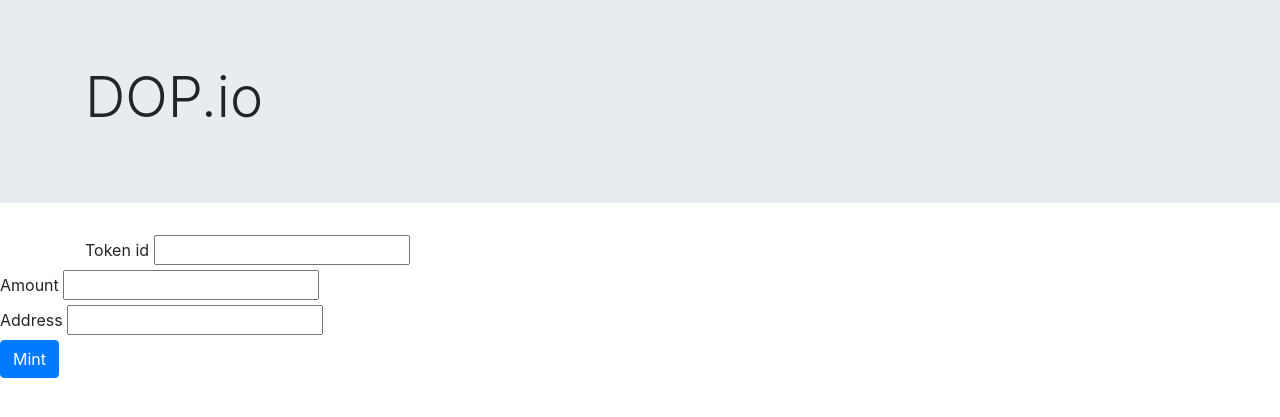
Repository: Dop-io/dopio
Page: mint.html
These files come from the project's save history. The page is drawn as it stood at one moment and after the next save; the edit follows.
The browser window is 1280 px wide. The pictures show the whole page.

Above is the page before, as saved 2022-01-16 01:43:23.

After the next save:
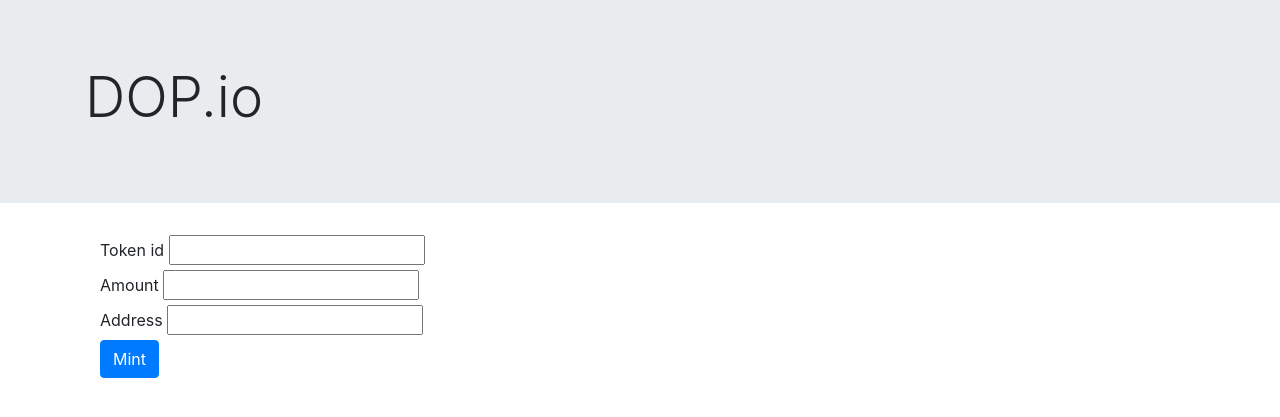
Saved 43 s later.
--- a/mint.html
+++ b/mint.html
@@ -26,24 +26,26 @@
     </div>
     <div class="container">
         <div class="row" id="app"></div>
-        <div class="col col-md-12"></div>
+        <div class="col col-md-12">
+            <div>
+                <label>Token id</label>
+                <input id="token_id_input" type="number">
+            </div>
+            <div>
+                <label>Amount</label>
+                <input id="amount_id_input" type="number">
+            </div>
+            <div>
+                <label>Address</label>
+                <input id="address_id_input" type="text">
+            </div>
+            <div>
+                <button class="btn btn-primary" id="submit_mint">Mint</button>
+            </div>
 
-        <label>Token id</label>
-        <input id="token_id_input" type="number">
-    </div>
-    <div>
-        <label>Amount</label>
-        <input id="amount_id_input" type="number">
-    </div>
-    <div>
-        <label>Address</label>
-        <input id="address_id_input" type="text">
-    </div>
-    <div>
-        <button class="btn btn-primary" id="submit_mint">Mint</button>
+        </div>
 
-        <div>
-        </div>
+
     </div>
 
     <script type="text/javascript" src="./mint.js"></script>
